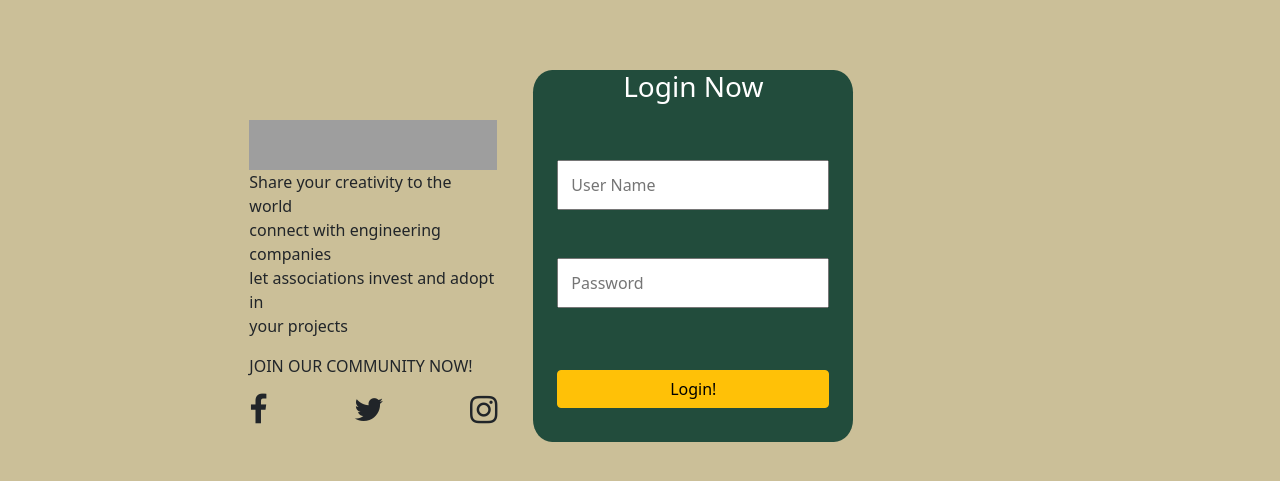
Repository: ahmadjamal-1997/Project-Taqadam
Page: http://localhost/Taqadam/WEB-INF/login.jsp
These files come from the project's save history. The page is drawn as it stood at one moment and after the next save; the edit follows.
The browser window is 1280 px wide. The pictures show the whole page.
Pictures or frames that could not be fetched are drawn as grey boxes. The page is served by Tomcat 9. Nobody is signed in. The template is opened directly, without the code that normally fills it, so the values that code supplies are empty.

Above is the page before, as saved 2022-03-31 10:38:33.

After the next save:
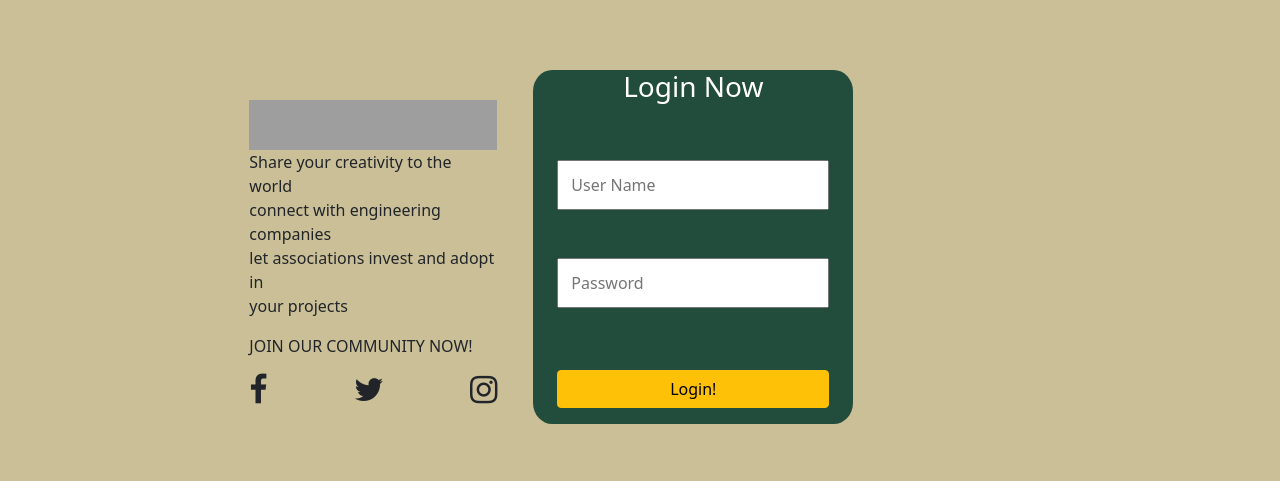
Saved 12 s later.
--- a/Taqadam-new/Taqadam-java/Taqadam-new/Taqadam/src/main/webapp/WEB-INF/login.jsp
+++ b/Taqadam-new/Taqadam-java/Taqadam-new/Taqadam/src/main/webapp/WEB-INF/login.jsp
@@ -38,7 +38,7 @@
             <div class="col-2"></div>
             <div class="col-3">
             <div class="container">
-            <div class="row" style="height:50px;">
+            <div class="row" style="height:30px;">
             </div>
             	<div class="row">
                 <img src="/photo/taqdam-01.png" alt="logo">
